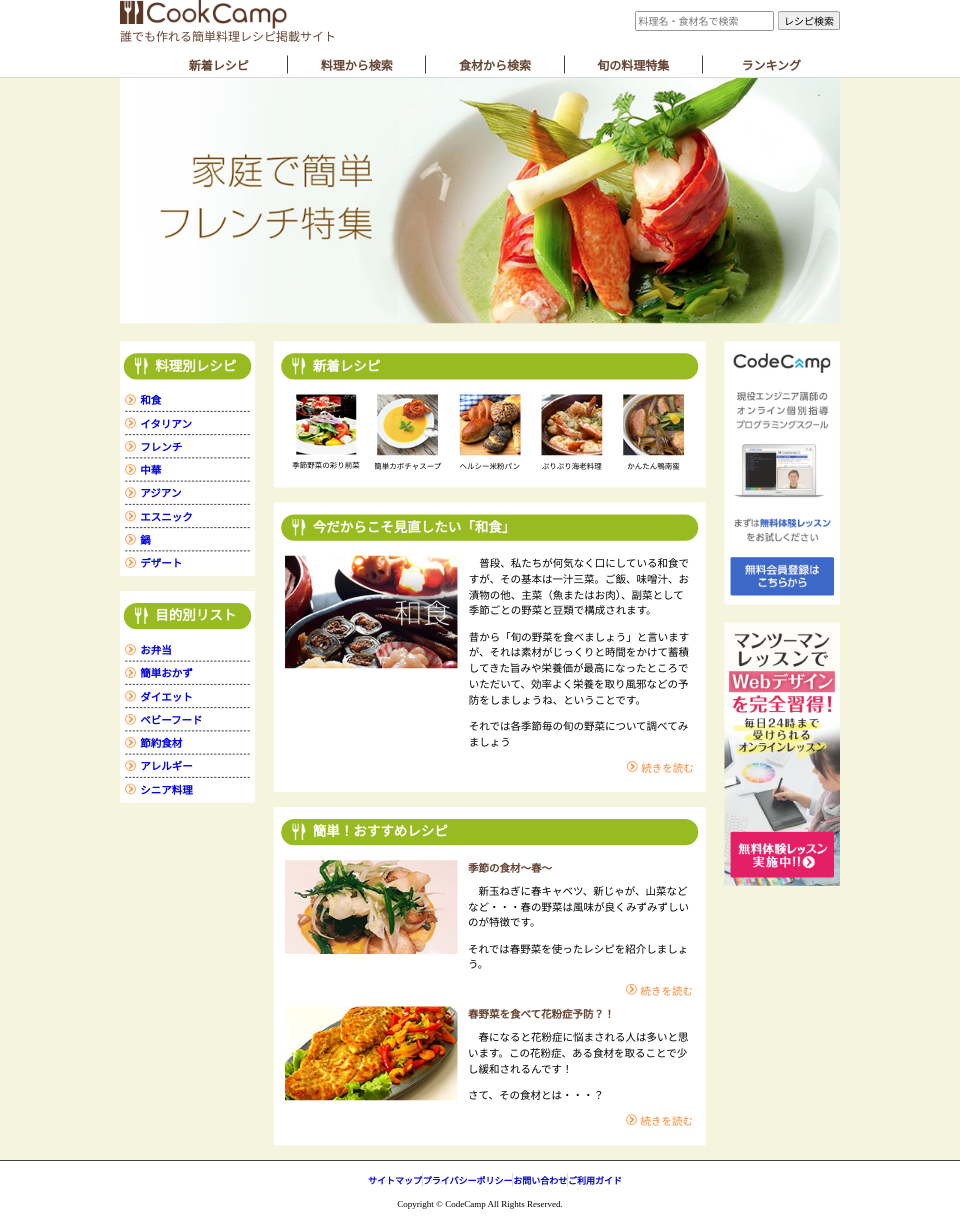
Repository: tomimaler/dc_work_tamachi_inagaki_html
Page: cookcamp/cookcamp.html
The author's editor kept a record of every edit. The page is drawn from the files as they stood at one moment, then again after the next edit.
The browser window is 1280 px wide. The pictures show the whole page, at 75% of full size.

Above is the page before.

After the next edit:
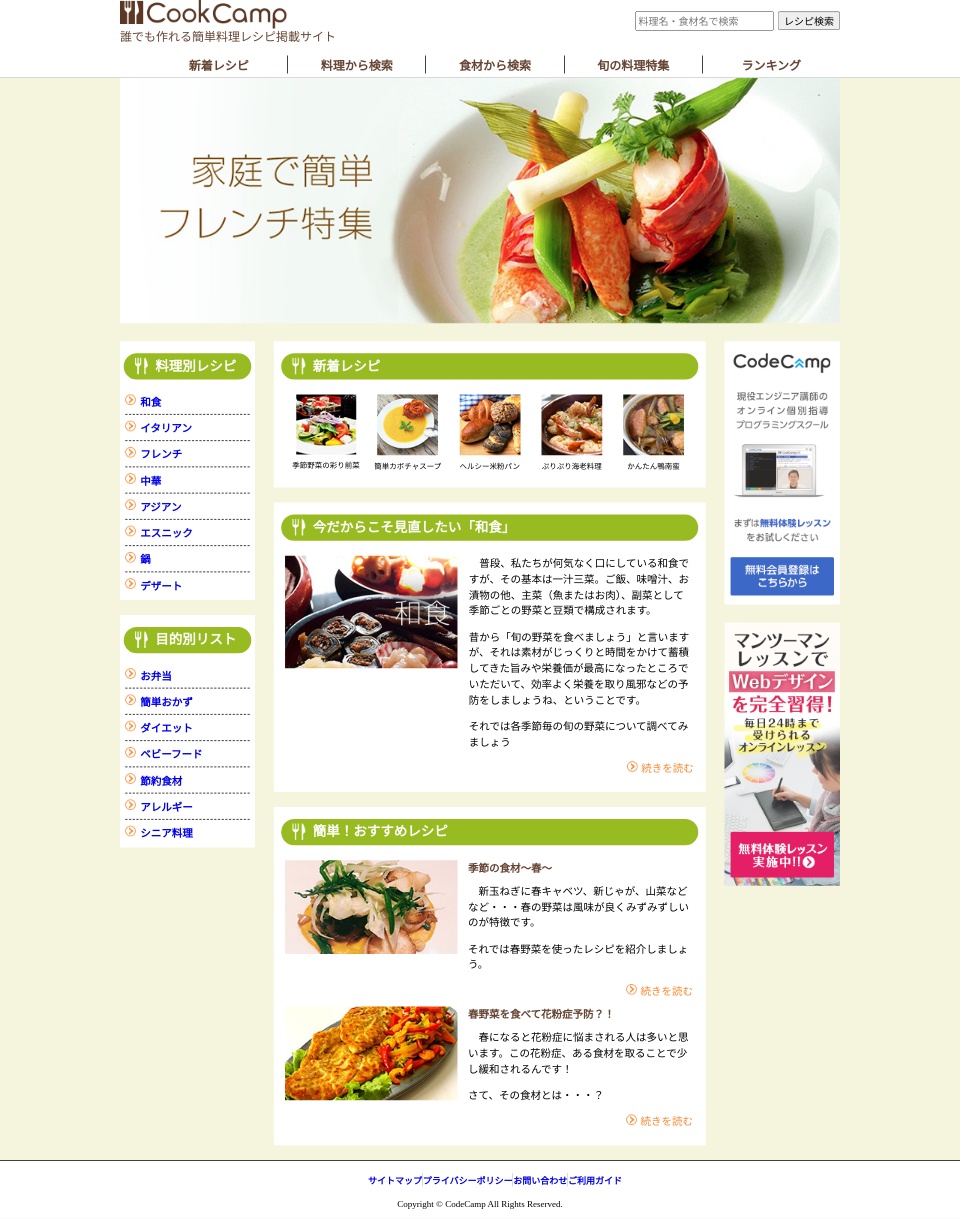
The edit:
--- a/cookcamp/cookcamp.css
+++ b/cookcamp/cookcamp.css
@@ -109,9 +109,8 @@
     background-image:url('images/icon/arrow.png');
     background-repeat:no-repeat;
     background-position:left 0.5em;
-    padding:5px 0px 5px 20px;
+    padding:7px 0px 7px 20px;
     color:black;
-    /*list-style-position:inside;*/
 }
 
 .recipe-list a {
